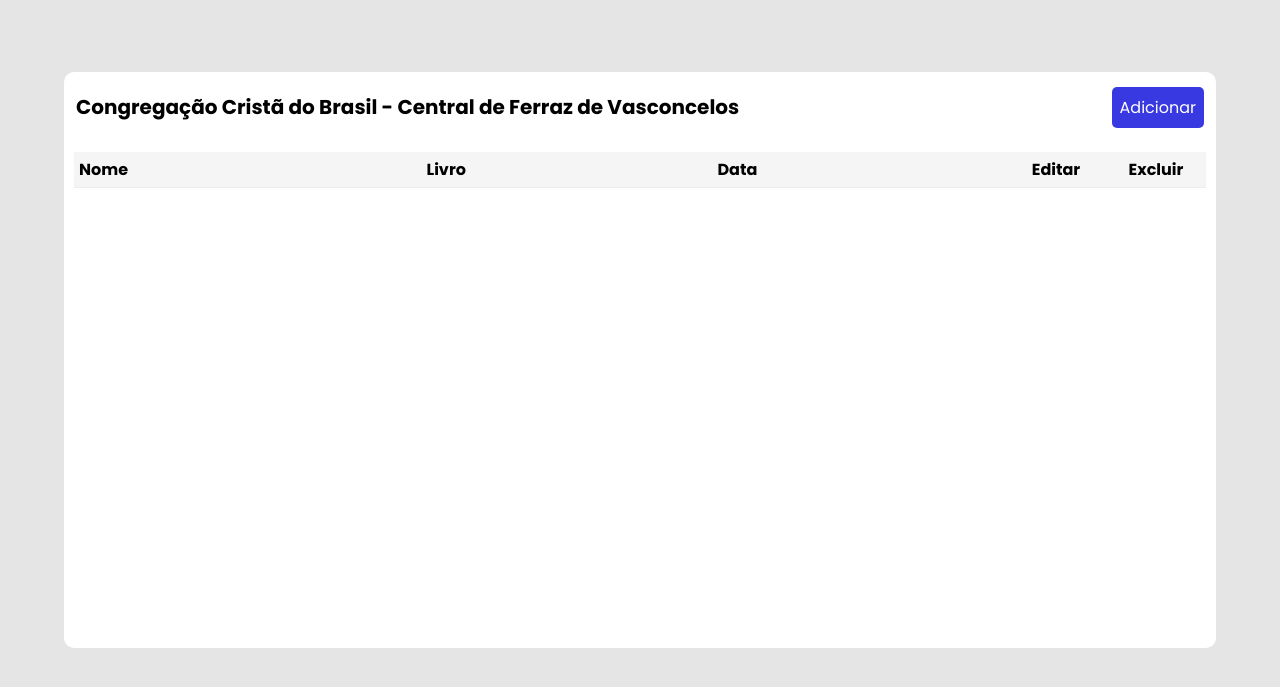
Repository: Matheus904-12/API-da-CCB
Page: index.html
The author's editor kept a copy of each file at every save. The page is drawn from the files as they stood at one save, then again after the next save.
The browser window is 1280 px wide. The pictures show the whole page.

Above is the page before, as saved 2024-01-12 02:53:30.

### index.html
<!DOCTYPE html>
<html lang="pt-br">

<head>
  <meta charset="UTF-8">
  <meta http-equiv="X-UA-Compatible" content="IE=edge">
  <meta name="viewport" content="width=device-width, initial-scale=1.0">
  <title>CCB - Central</title>
  <link rel="stylesheet" href="style.css">
  <link href='https://unpkg.com/boxicons@2.1.1/css/boxicons.min.css' rel='stylesheet'>
</head>

<body>
  <div class="container">
    <div class="header">
      <span>Congregação Cristã do Brasil - Central de Ferraz de Vasconcelos</span>
      <button onclick="openModal()" id="new">Adicionar</button>
    </div>

    <div class="divTable">
      <table>
        <thead>
          <tr>
            <th>Nome</th>
            <th>Livro</th>
            <th>Data</th>
            <th class="acao">Editar</th>
            <th class="acao">Excluir</th>
          </tr>
        </thead>
        <tbody>
        </tbody>
      </table>
    </div>

    <div class="modal-container">
      <div class="modal">
        <form>
          <label for="gender2">Auxiliar</label>
          <select id="gender2">
            <option value="">Nenhum</option>
            <option value="">Aline Gomes Santos</option>
            <option value="">Alfredo Bruske Schuster</option>
            <option value="">Alef Vinicius</option>
            <option value="">José Victor Zeller Gonçalves</option>
            <option value="">Jonas Amorim Lopes da Silva</option>
            <option value="">Loraine de Assis Souza</option>
            <option value="">Natália de Sena Marques</option>
          </select>
<br>
          <label for="m-nome">Nome</label>
            <input id="m-nome" type="text" required />

            <label for="m-funcao">Livro</label>
            <input id="m-funcao" type="text" required />

            <label for="m-capitulo">Capítulo</label>
            <input id="m-capitulo" type="number" required />

            <label for="m-versiculo">Versículo</label>
            <input id="m-versiculo" type="number" required />

            <label for="m-date">Data</label>
            <input id="m-date" type="date" required />

            <button id="btnSalvar">Salvar</button>
        </form>
      </div>
    </div>

  </div>
  <script src="script.js"></script>
</body>

</html>

### style.css
@import url('https://fonts.googleapis.com/css2?family=Poppins:wght@200;300;400;500;700&family=Roboto:wght@100;300;400;500;700;900&family=Source+Sans+Pro:wght@200;300;400;600;700;900&display=swap');

* {
  margin: 0;
  padding: 0;
  box-sizing: border-box;
  font-family: 'Poppins', sans-serif;
}

body {
  width: 100vw;
  height: 100vh;
  display: flex;
  align-items: center;
  justify-content: center;
  background-color: rgba(0,0,0,0.1);
}

button {
  cursor: pointer;
}

.container {
  width: 90%;
  height: 80%;
  border-radius: 10px;
  background: white;
}

.header {
  min-height: 70px;
  display: flex;
  align-items: center;
  justify-content: space-between;
  margin: auto 12px;
}

.header span {
  font-weight: 900;
  font-size: 20px;
  word-break: break-all;
}

#new {
  font-size: 16px;
  padding: 8px;
  border-radius: 5px;
  border: none;
  color: white;
  background-color: rgb(57, 57, 226);
}

.divTable {
  padding: 10px;
  width: auto;
  height:inherit;
  overflow:auto;
}

.divTable::-webkit-scrollbar {
  width: 12px;
  background-color: whitesmoke;
}

.divTable::-webkit-scrollbar-thumb {
  border-radius: 10px;
  background-color: darkgray;
}

table {
  width: 100%;
  border-spacing: 10px;
  word-break: break-all;
  border-collapse: collapse;
}

thead {
  background-color: whitesmoke;
}

tr {
  border-bottom: 1px solid rgb(238, 235, 235)!important;
}

tbody tr td {
  vertical-align: text-top;
  padding: 6px;
  max-width: 50px;
}

thead tr th {
  padding: 5px;
  text-align: start;
  margin-bottom: 50px;
}

tbody tr {
  margin-bottom: 50px;
}

thead tr th.acao {
  width: 100px!important;
  text-align: center;
}

tbody tr td.acao {
  text-align: center;
}

@media (max-width: 700px) {
  body {
    font-size: 10px;
  }

  .header span {
    font-size: 15px;
  }

  #new {
    padding: 5px;
    font-size: 10px;
  }

  thead tr th.acao {
    width: auto!important;
  }

  td button i {
    font-size: 20px!important;
  }

  td button i:first-child {
    margin-right: 0;
  }

  .modal {
    width: 90%!important;
  }

  .modal label {
    font-size: 12px!important;
  }
}

.modal-container {
  width: 100vw;
  height: 100vh;
  position: fixed;
  top: 0;
  left: 0;
  background-color: rgba(0, 0, 0, 0.5);
  display: none;
  z-index: 999;
  align-items: center;
  justify-content: center;
}

.modal {
  display: flex;
  flex-direction: column;
  align-items: center;
  padding: 40px;
  background-color: white;
  border-radius: 10px;
  width: 50%;
}

.modal label {
  font-size: 14px;
  width: 100%;
}

.modal input {
  width: 100%;
  outline: none;
  padding: 5px 10px;
  width: 100%;
  margin-bottom: 20px;
  border-top: none;
  border-left: none;
  border-right: none;
}

.modal button {
  width: 100%;
  margin: 10px auto;
  outline: none;
  border-radius: 20px;
  padding: 5px 10px;
  width: 100%;
  border: none;
  background-color: rgb(196, 158, 55);
  color: white;
}

.active {
  display: flex;
}

.active .modal {
  animation: modal .4s;
}

@keyframes modal {
  from {
    opacity: 0;
    transform: translate3d(0, -60px, 0);
  }
  to {
    opacity: 1;
    transform: translate3d(0, 0, 0);
  }
}

td button {
  border: none;
  outline: none;
  background: transparent;
}

td button i {
  font-size: 25px;
}

td button i:first-child {
  margin-right: 10px;
}

### script.js
const modal = document.querySelector('.modal-container');
const tbody = document.querySelector('tbody');
const sNome = document.querySelector('#m-nome');
const sLivro = document.querySelector('#m-funcao');
const sCapitulo = document.querySelector('#m-capitulo');
const sVersiculo = document.querySelector('#m-versiculo');
const sData = document.querySelector('#m-date');
const sAuxiliar = document.querySelector('#gender2');
const btnSalvar = document.querySelector('#btnSalvar');

let itens;
let id;

function openModal(edit = false, index = 0) {
    modal.style.display = 'flex';

    modal.onclick = e => {
        if (e.target.className.indexOf('modal-container') !== -1) {
            modal.style.display = 'none';
        }
    };

    if (edit) {
        sNome.value = itens[index].nome;
        sLivro.value = itens[index].livro;
        sCapitulo.value = itens[index].capitulo;
        sVersiculo.value = itens[index].versiculo;
        sData.value = itens[index].data;
        sAuxiliar.value = itens[index].auxiliar;
        id = index;
    } else {
        sNome.value = '';
        sLivro.value = '';
        sCapitulo.value = '';
        sVersiculo.value = '';
        sData.value = '';
        sAuxiliar.value = '';
    }
}

function deleteItem(index) {
    itens.splice(index, 1);
    setItensBD();
    loadItens();
}

function saveItem() {
    if (sNome.value === '' || sLivro.value === '' || sCapitulo.value === '' || sVersiculo.value === '' || sData.value === '' || sAuxiliar.value === '') {
        return;
    }

    if (id !== undefined) {
        itens[id].nome = sNome.value;
        itens[id].livro = sLivro.value;
        itens[id].capitulo = sCapitulo.value;
        itens[id].versiculo = sVersiculo.value;
        itens[id].data = sData.value;
        itens[id].auxiliar = sAuxiliar.value;
    } else {
        itens.push({
            'nome': sNome.value,
            'livro': sLivro.value,
            'capitulo': sCapitulo.value,
            'versiculo': sVersiculo.value,
            'data': sData.value,
            'auxiliar': sAuxiliar.value
        });
    }

    setItensBD();

    modal.style.display = 'none';
    loadItens();
    id = undefined;
}

function insertItem(item, index) {
    let tr = document.createElement('tr');

    tr.innerHTML = `
        <td>${item.nome}</td>
        <td>${item.livro}</td>
        <td>${item.data}</td>
        <td class="acao">
            <button onclick="openModal(true, ${index})"><i class='bx bx-edit'></i></button>
        </td>
        <td class="acao">
            <button onclick="deleteItem(${index})"><i class='bx bx-trash'></i></button>
        </td>
    `;
    tbody.appendChild(tr);
}

function loadItens() {
    itens = getItensBD();
    tbody.innerHTML = '';
    itens.forEach((item, index) => {
        insertItem(item, index);
    });
}

const getItensBD = () => JSON.parse(localStorage.getItem('dbfunc')) || [];
const setItensBD = () => localStorage.setItem('dbfunc', JSON.stringify(itens));

loadItens();

After the next save:
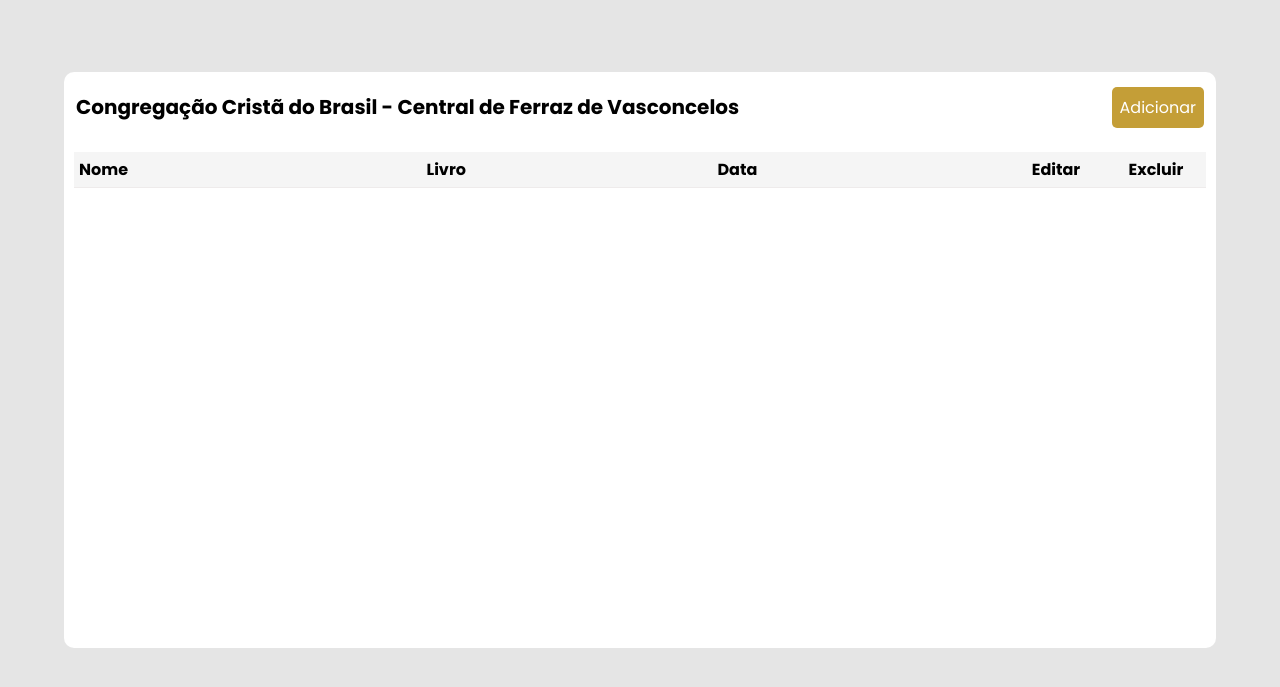
Saved 19 s later.
--- a/style.css
+++ b/style.css
@@ -47,7 +47,7 @@
   border-radius: 5px;
   border: none;
   color: white;
-  background-color: rgb(57, 57, 226);
+  background-color: rgb(196, 158, 55);
 }
 
 .divTable {
